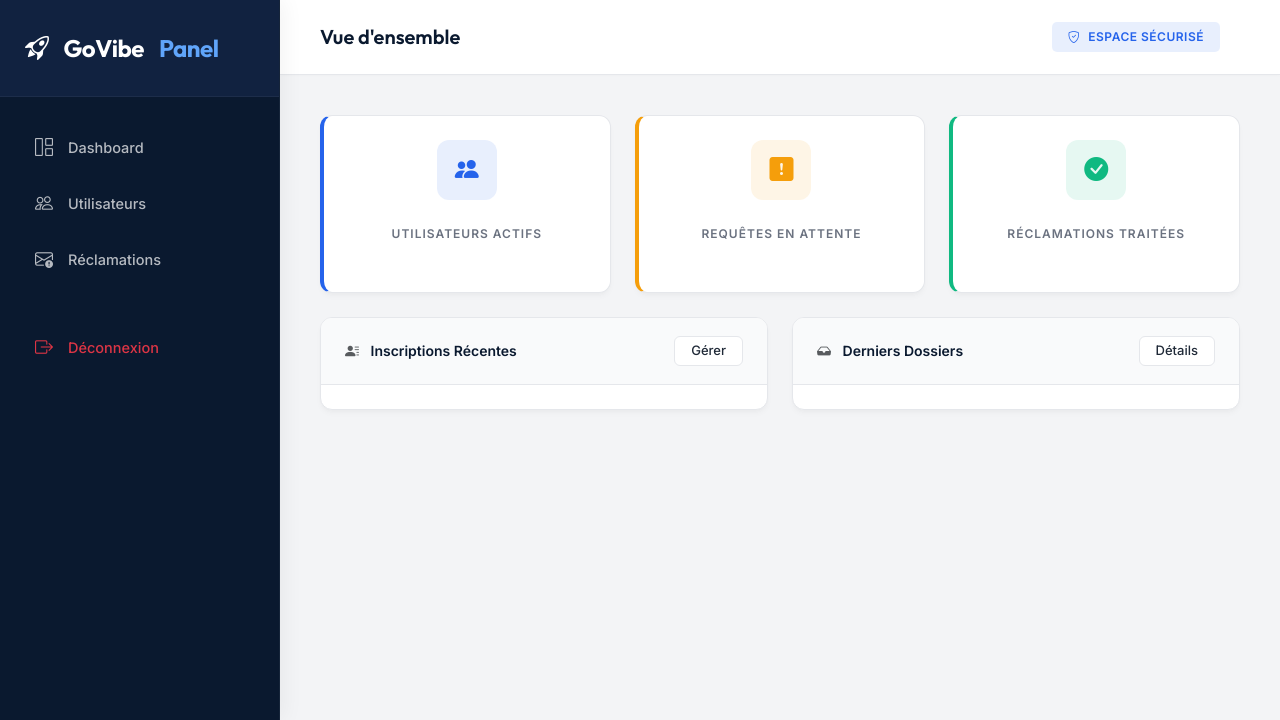
Repository: mohamedbenaoune25-crypto/Govibe-Symfony-project
Page: templates/admin/index.html.twig
The author's editor kept a copy of each file at every save. The page is drawn from the files as they stood at one save, then again after the next save.
The browser window is 1280 px wide. The pictures show the whole page.
The page is a Twig template of a Symfony application; nobody is signed in and links lead nowhere. The template is opened directly, without the code that normally fills it, so the values that code supplies are empty.

Above is the page before, as saved 2026-04-03 02:51:55.

After the next save:
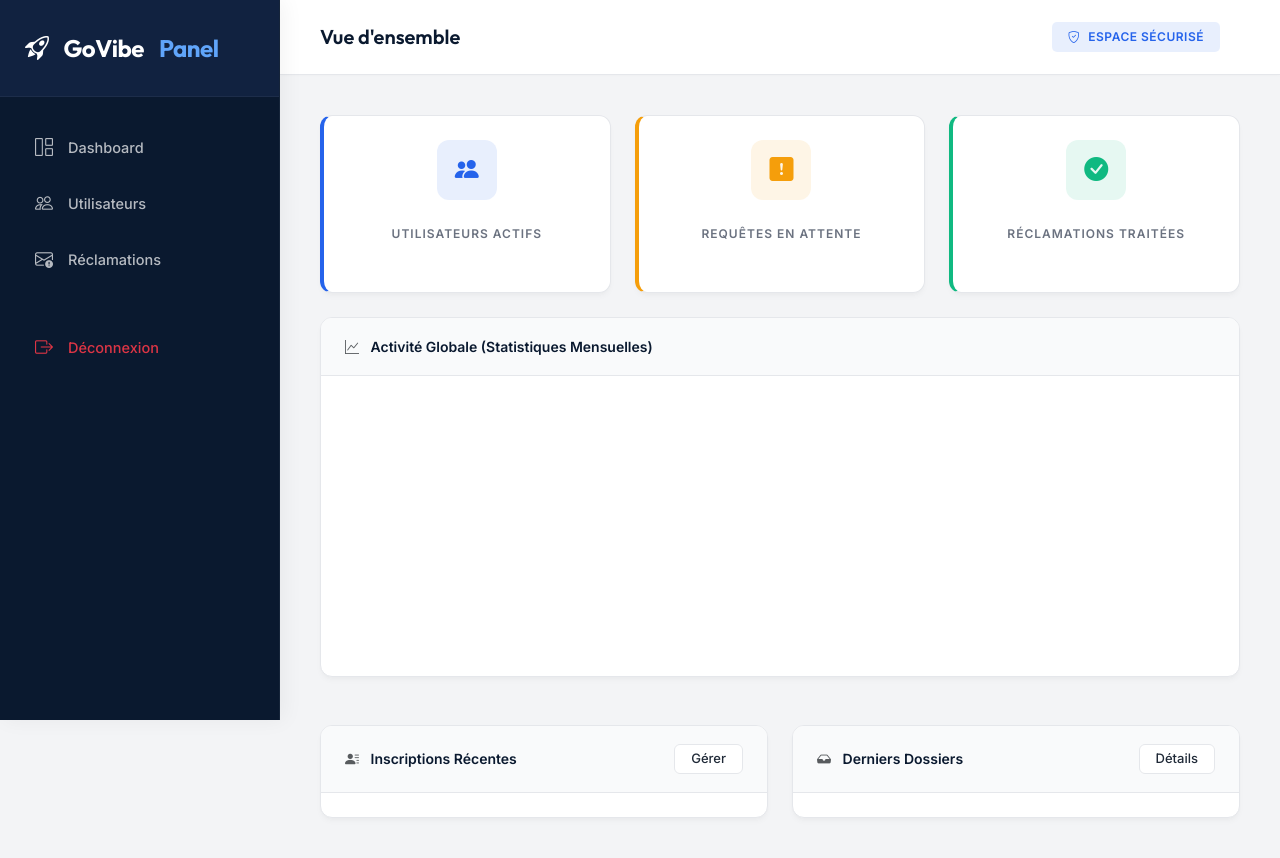
Saved 18 s later.
--- a/templates/admin/index.html.twig
+++ b/templates/admin/index.html.twig
@@ -32,6 +32,20 @@
             </div>
             <h3 style="font-family:'Outfit';font-weight:700;font-size:36px;color:var(--admin-primary);margin-bottom:5px;">{{ total_reclamations }}</h3>
             <span style="font-size:12px;font-weight:600;letter-spacing:1px;color:var(--text-muted);text-transform:uppercase;">Réclamations Traitées</span>
+        </div>
+    </div>
+</div>
+
+<!-- Chart Section -->
+<div class="row mb-4">
+    <div class="col-12">
+        <div class="admin-card">
+            <div class="admin-card-header d-flex justify-content-between align-items-center">
+                <span><i class="bi bi-graph-up me-2 text-muted"></i> Activité Globale (Statistiques Mensuelles)</span>
+            </div>
+            <div class="admin-card-body" style="height: 300px;">
+                <canvas id="corporateChart"></canvas>
+            </div>
         </div>
     </div>
 </div>
